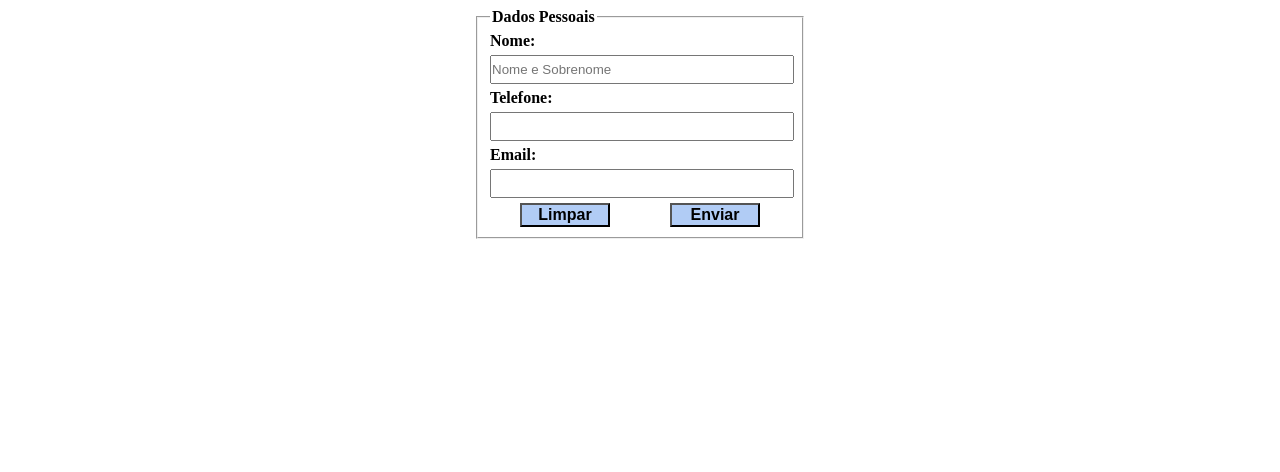
Repository: vitorrausis/Projeto_Final_TrilhaWeb
Page: ProjetoWebJava-main/exemploServlet/src/main/webapp/contato.html
The author's editor kept a copy of each file at every save. The page is drawn from the files as they stood at one save, then again after the next save.
The browser window is 1280 px wide. The pictures show the whole page.

Above is the page before, as saved 2024-03-21 23:34:37.

After the next save:
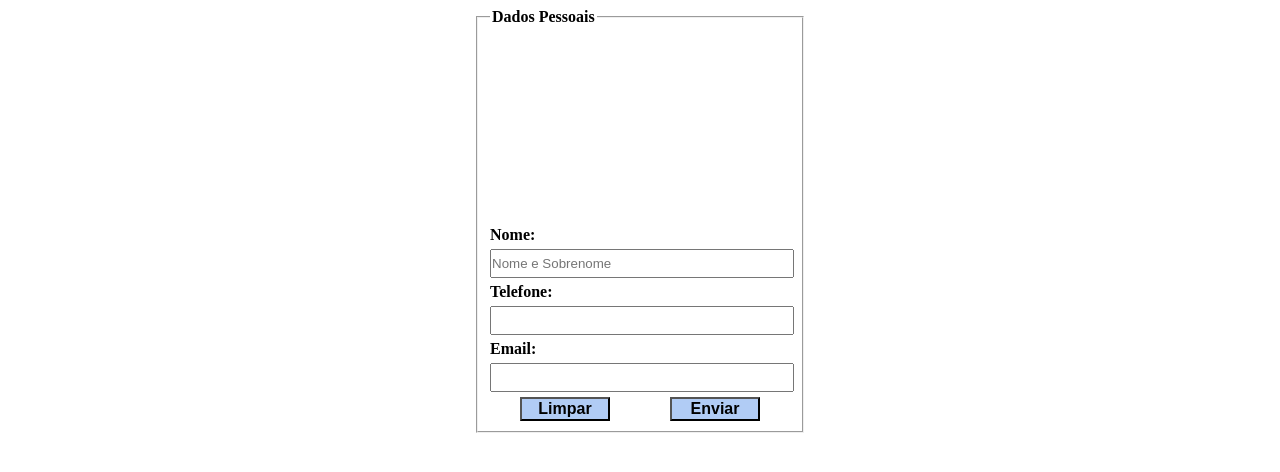
Saved 107 s later.
--- a/ProjetoWebJava-main/exemploServlet/src/main/webapp/style.css
+++ b/ProjetoWebJava-main/exemploServlet/src/main/webapp/style.css
@@ -3,6 +3,7 @@
 .faleConosco{
     width: 300px;
     margin: 0px auto;
+    padding-top: 200px;
     font-weight: bold;
     margin-bottom: 10px;
 }
